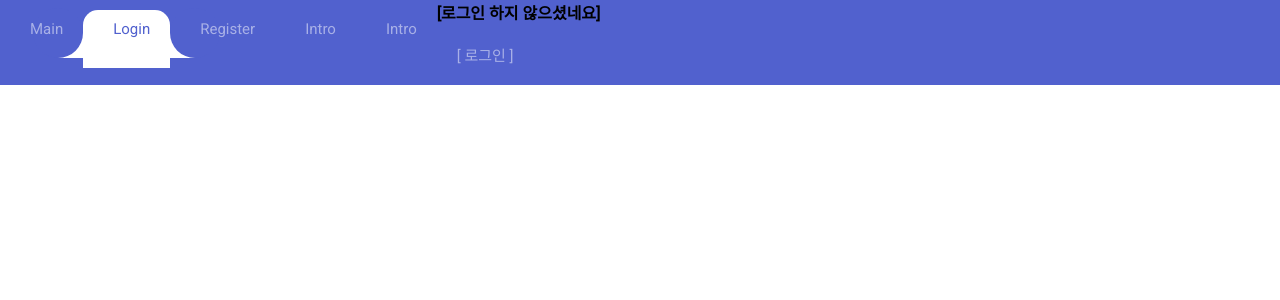
Repository: 71summernight/JavaScript_Jquery
Page: http://localhost/WebJSP_JDBC_HomeWork/common/head.jsp
The author's editor kept a copy of each file at every save. The page is drawn from the files as they stood at one save, then again after the next save.
The browser window is 1280 px wide. The pictures show the whole page.
Some web libraries are served in a nearby version. The page is served by Tomcat 9. Other server files are loaded and not shown.

Above is the page before, as saved 2021-04-03 12:13:34.

### WebJSP_JDBC_HomeWork/WebContent/common/head.jsp
<link rel="stylesheet" type="text/css" href="./bootstrap.css" />
<script src="http://code.jquery.com/jquery-3.2.1.min.js"></script>
<script src="./bootstrap.js"></script>

<%@ page language="java" contentType="text/html; charset=UTF-8"
    pageEncoding="UTF-8"%>
<nav class="navbar navbar-expand-custom navbar-mainbg">
        <button class="navbar-toggler" type="button" data-toggle="collapse" data-target="#navbarSupportedContent" aria-controls="navbarSupportedContent" aria-expanded="false" aria-label="Toggle navigation">
        <i class="fas fa-bars text-white"></i>
        </button>
        <div class="collapse navbar-collapse" id="navbarSupportedContent">
            <ul class="navbar-nav ml-auto">
                <div class="hori-selector"><div class="left"></div><div class="right"></div></div>
                <li class="nav-item">
                    <a class="nav-link" href="Ex02_JDBC_Main.jsp"><i class="fas fa-tachometer-alt"></i>Main</a>
                </li>
                <li class="nav-item active">
                    <a class="nav-link" href="Ex02_JDBC_Login.jsp"><i class="far fa-address-book"></i>Login</a>
                </li>
                <li class="nav-item">
                    <a class="nav-link" href="Ex02_JDBC_JoinForm.jsp"><i class="far fa-clone"></i>Register</a>
                </li>
                <li class="nav-item">
                    <a class="nav-link" href="#"><i class="far fa-calendar-alt"></i>Intro</a>
                </li>
                <li class="nav-item">
                    <a class="nav-link" href="#"><i class="far fa-chart-bar"></i>Intro</a>
                </li>

   <li class="navia">
    <%
   if(session.getAttribute("userid") != null){
      out.print("<b>[ " + session.getAttribute("userid") +" ]</b> 로그인 상태");
      out.print("<a href='Ex02_JDBC_Logout.jsp'>[ 로그아웃 ]</a>");

   }else{
      out.print("<b>[로그인 하지 않으셨네요]</b>");
      out.print("<a href='Ex02_JDBC_Login.jsp'>[ 로그인 ]</a>");
   }
%>
      </li>


            </ul>
        </div>
    </nav>

### WebJSP_JDBC_HomeWork/WebContent/common/bootstrap.js
// ---------Responsive-navbar-active-animation-----------
function test(){
  var tabsNewAnim = $('#navbarSupportedContent');
  var selectorNewAnim = $('#navbarSupportedContent').find('li').length;
  var activeItemNewAnim = tabsNewAnim.find('.active');
  var activeWidthNewAnimHeight = activeItemNewAnim.innerHeight();
  var activeWidthNewAnimWidth = activeItemNewAnim.innerWidth();
  var itemPosNewAnimTop = activeItemNewAnim.position();
  var itemPosNewAnimLeft = activeItemNewAnim.position();
  $(".hori-selector").css({
    "top":itemPosNewAnimTop.top + "px",
    "left":itemPosNewAnimLeft.left + "px",
    "height": activeWidthNewAnimHeight + "px",
    "width": activeWidthNewAnimWidth + "px"
  });
  $("#navbarSupportedContent").on("click","li",function(e){
    $('#navbarSupportedContent ul li').removeClass("active");
    $(this).addClass('active');
    var activeWidthNewAnimHeight = $(this).innerHeight();
    var activeWidthNewAnimWidth = $(this).innerWidth();
    var itemPosNewAnimTop = $(this).position();
    var itemPosNewAnimLeft = $(this).position();
    $(".hori-selector").css({
      "top":itemPosNewAnimTop.top + "px",
      "left":itemPosNewAnimLeft.left + "px",
      "height": activeWidthNewAnimHeight + "px",
      "width": activeWidthNewAnimWidth + "px"
    });
  });
}
$(document).ready(function(){
  setTimeout(function(){ test(); });
});
$(window).on('resize', function(){
  setTimeout(function(){ test(); }, 500);
});
$(".navbar-toggler").click(function(){
  setTimeout(function(){ test(); });
});

Loaded but not shown: WebJSP_JDBC_HomeWork/WebContent/common/bootstrap.css (library)

After the next save:
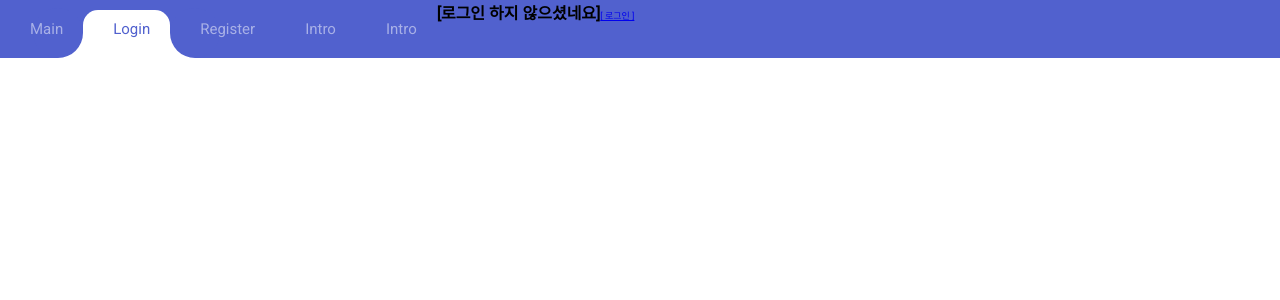
Saved 29 min 37 s later.
--- a/WebJSP_JDBC_HomeWork/WebContent/common/head.jsp
+++ b/WebJSP_JDBC_HomeWork/WebContent/common/head.jsp
@@ -27,7 +27,6 @@
                     <a class="nav-link" href="#"><i class="far fa-chart-bar"></i>Intro</a>
                 </li>
 
-   <li class="navia">
     <%
    if(session.getAttribute("userid") != null){
       out.print("<b>[ " + session.getAttribute("userid") +" ]</b> 로그인 상태");
@@ -38,7 +37,7 @@
       out.print("<a href='Ex02_JDBC_Login.jsp'>[ 로그인 ]</a>");
    }
 %>
-      </li>
+
 
 
             </ul>

After the save that followed:
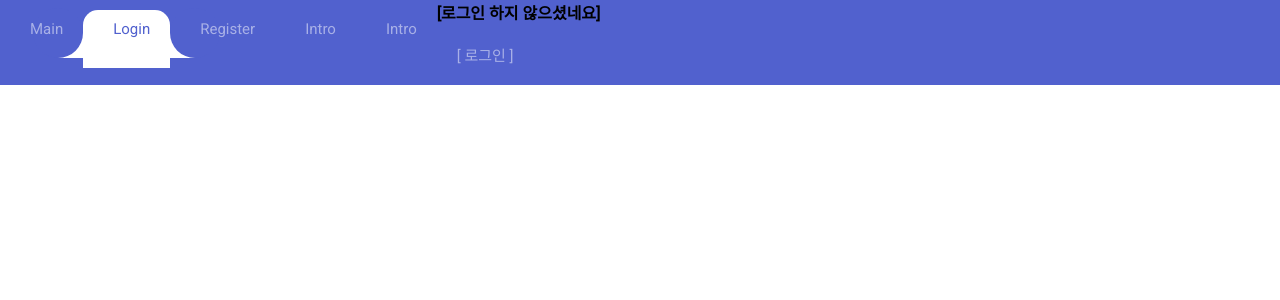
Saved 2 min 25 s later.
--- a/WebJSP_JDBC_HomeWork/WebContent/common/head.jsp
+++ b/WebJSP_JDBC_HomeWork/WebContent/common/head.jsp
@@ -27,6 +27,8 @@
                     <a class="nav-link" href="#"><i class="far fa-chart-bar"></i>Intro</a>
                 </li>
 
+
+   <li>
     <%
    if(session.getAttribute("userid") != null){
       out.print("<b>[ " + session.getAttribute("userid") +" ]</b> 로그인 상태");
@@ -37,7 +39,7 @@
       out.print("<a href='Ex02_JDBC_Login.jsp'>[ 로그인 ]</a>");
    }
 %>
-
+      </li>
 
 
             </ul>
